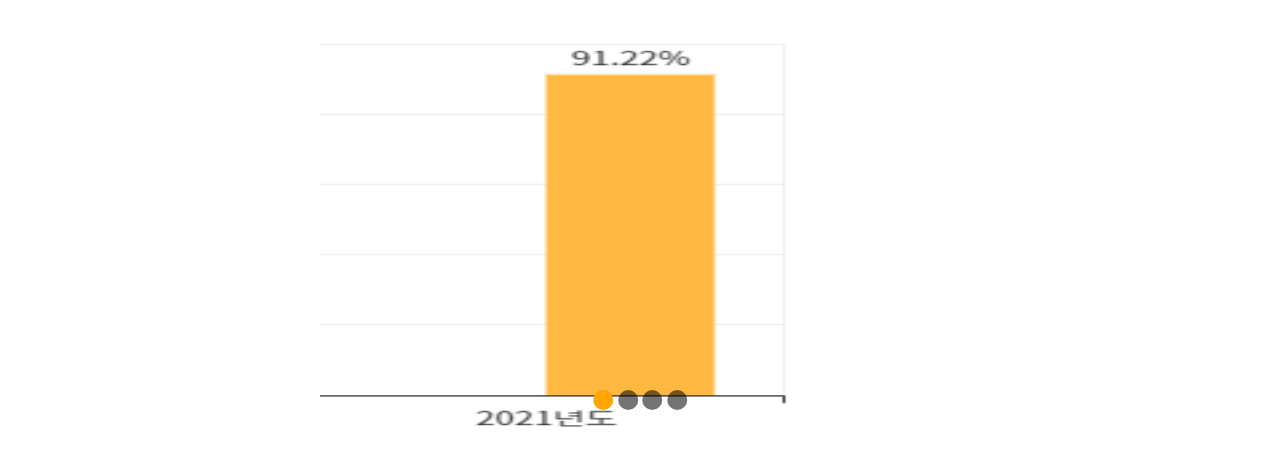
Repository: JavaJin96/kr.or.ddit.HighJava
Page: http://localhost/TeamProjectDCUM/work_psj/iframe_psj/getwork.jsp
The author's editor kept a copy of each file at every save. The page is drawn from the files as they stood at one save, then again after the next save.
The browser window is 1280 px wide. The pictures show the whole page.
The page is served by Tomcat 9. Other server files are loaded and not shown.

Above is the page before, as saved 2022-02-16 00:56:41.

### 3.Highjava/workspace/TeamProjectDCUM/WebContent/work_psj/iframe_psj/getwork.jsp
<%@ page language="java" contentType="text/html; charset=UTF-8"
    pageEncoding="UTF-8"%>
<!DOCTYPE html>
<html>
<head>
<meta charset="UTF-8">
<title>Insert title here</title>
<!-- 카드 -->
<link rel="stylesheet" href="https://cdn.jsdelivr.net/npm/bootstrap@4.6.1/dist/css/bootstrap.min.css">
<script src="https://cdn.jsdelivr.net/npm/jquery@3.5.1/dist/jquery.slim.min.js"></script>
<script src="https://cdn.jsdelivr.net/npm/popper.js@1.16.1/dist/umd/popper.min.js"></script>
<script src="https://cdn.jsdelivr.net/npm/bootstrap@4.6.1/dist/js/bootstrap.bundle.min.js"></script>
<style>
/*---------------------- 슬라이드 ----------------------------*/
.slider{
    width: 640px;
    height: 400px;
    position: relative;
    margin: 3% auto;
    overflow: hidden; /* 현재 슬라이드 오른쪽에 위치한 나머지 슬라이드 들이 보이지 않도록 가림 */
/*     text-align: center; */
	display: flex;
}
.slider input[type=radio]{
    display: none;
}
img{
	width : 500px;
    height : 400px;
}

ul.imgs{
    padding: 0;
    margin: 0;
    list-style: none;
}
ul.imgs li{
    position: absolute;
    left: 640px;
    transition-delay: 1s; /* 새 슬라이드가 이동해 오는 동안 이전 슬라이드 이미지가 배경이 보이도록 지연 */
    padding: 0;
    margin: 0;
}

.bullets{
    position: absolute;
    left: 50%;
    transform: translateX(-50%);
    bottom: 20px;
    z-index: 2;
}

.bullets label{
    display: inline-block;
    border-radius: 50%;
    background-color: rgba(0,0,0,0.55);
    width: 20px;
    height: 20px;
    cursor: pointer;
}

/* 현재 선택된 불릿 배경 흰색으로 구분 표시 */
.slider input[type=radio]:nth-child(1):checked~.bullets>label:nth-child(1){
    background-color: orange;
}

.slider input[type=radio]:nth-child(2):checked~.bullets>label:nth-child(2){
    background-color: orange;
}

.slider input[type=radio]:nth-child(3):checked~.bullets>label:nth-child(3){
    background-color: orange;
}

.slider input[type=radio]:nth-child(4):checked~.bullets>label:nth-child(4){
    background-color: orange;
}

 .slider input[type=radio]:nth-child(1):checked~ul.imgs>li:nth-child(1){
     left: 0;
     transition: 0.5s;
     z-index:1;
 }

 .slider input[type=radio]:nth-child(2):checked~ul.imgs>li:nth-child(2){
     left: 0;
     transition: 0.5s;
     z-index:1;
 }

 .slider input[type=radio]:nth-child(3):checked~ul.imgs>li:nth-child(3){
     left: 0;
     transition: 0.5s;
     z-index:1;
 }

 .slider input[type=radio]:nth-child(4):checked~ul.imgs>li:nth-child(4){
     left: 0;
     transition: 0.5s;
     z-index:1;
 }

</style>


</head>
<body>

	<div class="slider" targer="ifr">
	    <input type="radio" name="slide" id="slide1" checked>
	    <input type="radio" name="slide" id="slide2">
	    <input type="radio" name="slide" id="slide3">
	    <input type="radio" name="slide" id="slide4">

	    <ul id="imgholder" class="imgs">
	        <li><img src="<%=request.getContextPath()%>/images/main/getwork2.png" targer="ifr"></li>
	        <li><img src="<%=request.getContextPath()%>/images/main/getwork3.PNG" targer="ifr"></li>
	        <li><img src="<%=request.getContextPath()%>/images/main/getwork4.PNG" targer="ifr"></li>
	        <li><img src="<%=request.getContextPath()%>/images/main/getwork5.PNG" targer="ifr" ></li>
	    </ul>

	    <div class="bullets">
	        <label for="slide1">&nbsp;</label>
	        <label for="slide2">&nbsp;</label>
	        <label for="slide3">&nbsp;</label>
	        <label for="slide4">&nbsp;</label>
	    </div>
	</div>


</body>
</html>

After the next save:
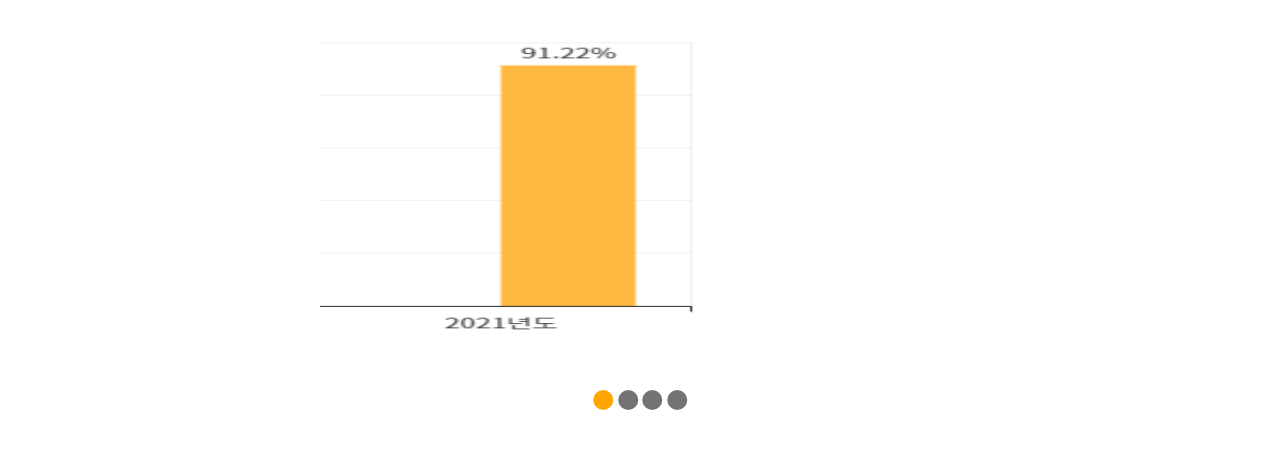
Saved 11 s later.
--- a/3.Highjava/workspace/TeamProjectDCUM/WebContent/work_psj/iframe_psj/getwork.jsp
+++ b/3.Highjava/workspace/TeamProjectDCUM/WebContent/work_psj/iframe_psj/getwork.jsp
@@ -25,8 +25,8 @@
     display: none;
 }
 img{
-	width : 500px;
-    height : 400px;
+	width : 400px;
+    height : 300px;
 }
 
 ul.imgs{
